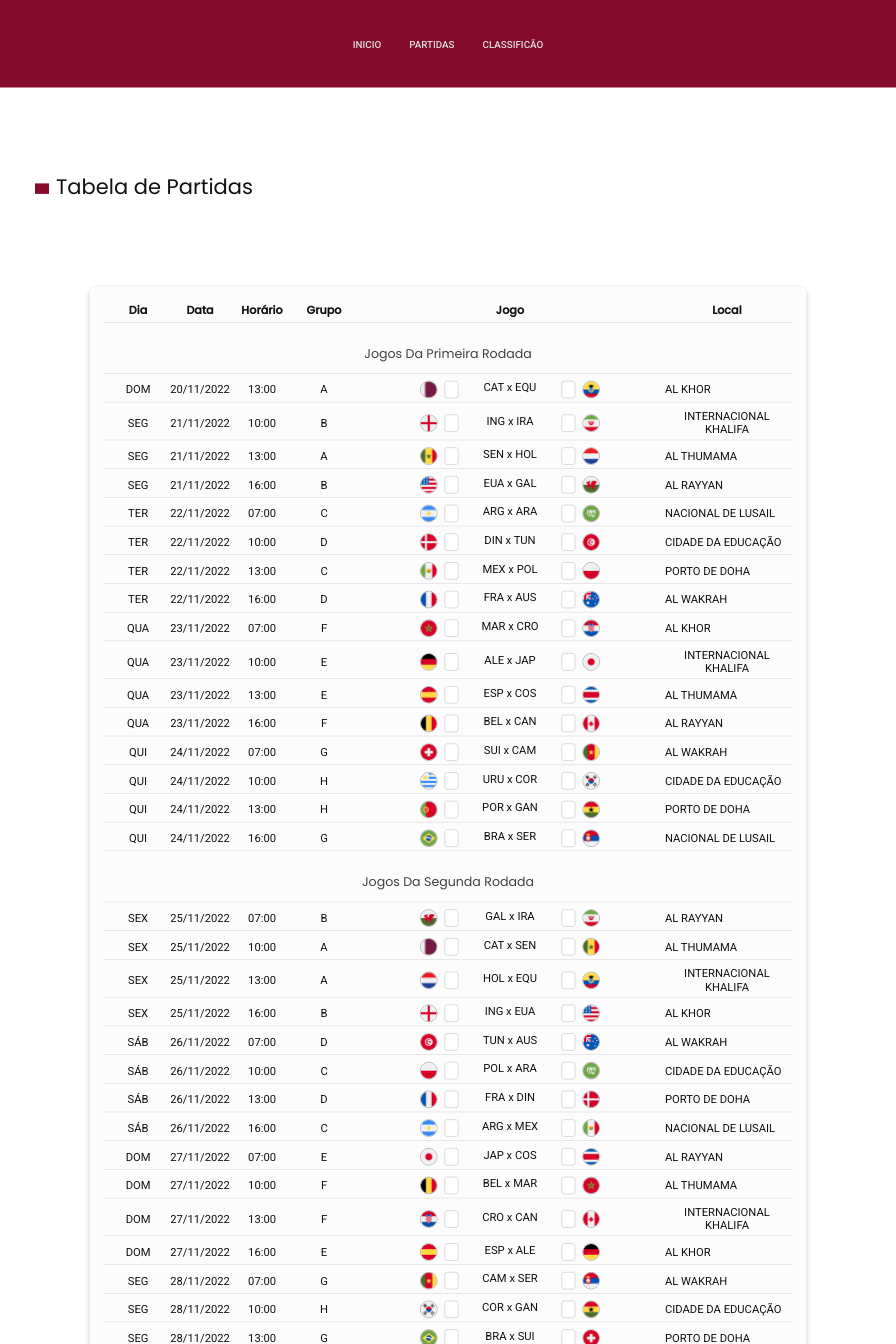
Repository: mayconndouglass/cup-simulator
Page: index.html
The author's editor kept a copy of each file at every save. The page is drawn from the files as they stood at one save, then again after the next save.
The browser window is 1280 px wide. The pictures show the part of the page from y = 0 to 1920 px (the page is 3215 px tall), at 70% of full size.

Above is the page before, as saved 2023-01-10 09:31:04.

After the next save:
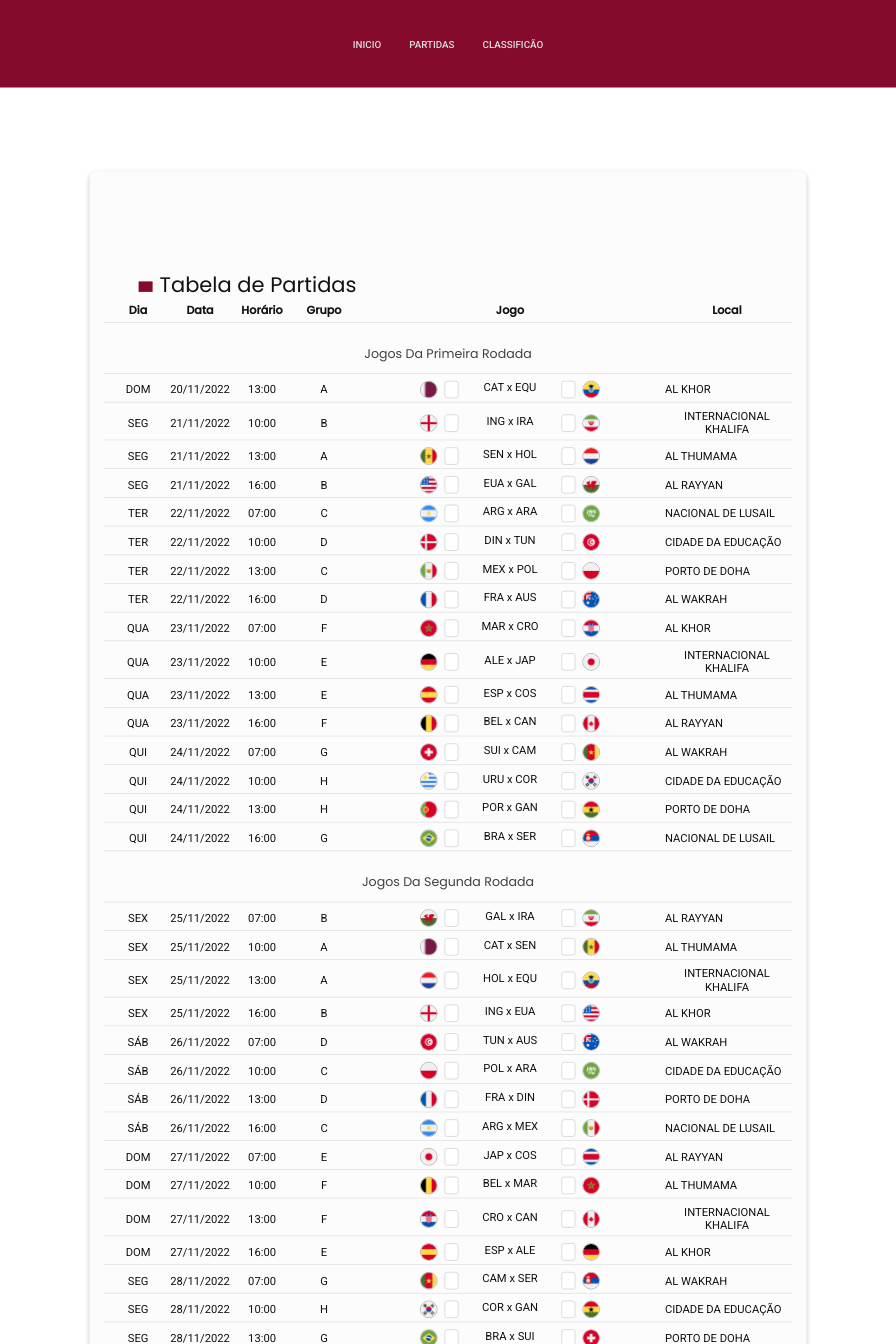
Saved 23 s later.
--- a/index.html
+++ b/index.html
@@ -23,10 +23,11 @@
   </header>
 
   <section class="container-table">
-    <section class="principal-title">
-      <h1>Tabela de Partidas</h1>
-    </section>
+
     <section class="table-games">
+      <section class="principal-title">
+        <h1>Tabela de Partidas</h1>
+      </section>
       <div class="game title">
         <span>Dia</span>
         <span>Data</span>
